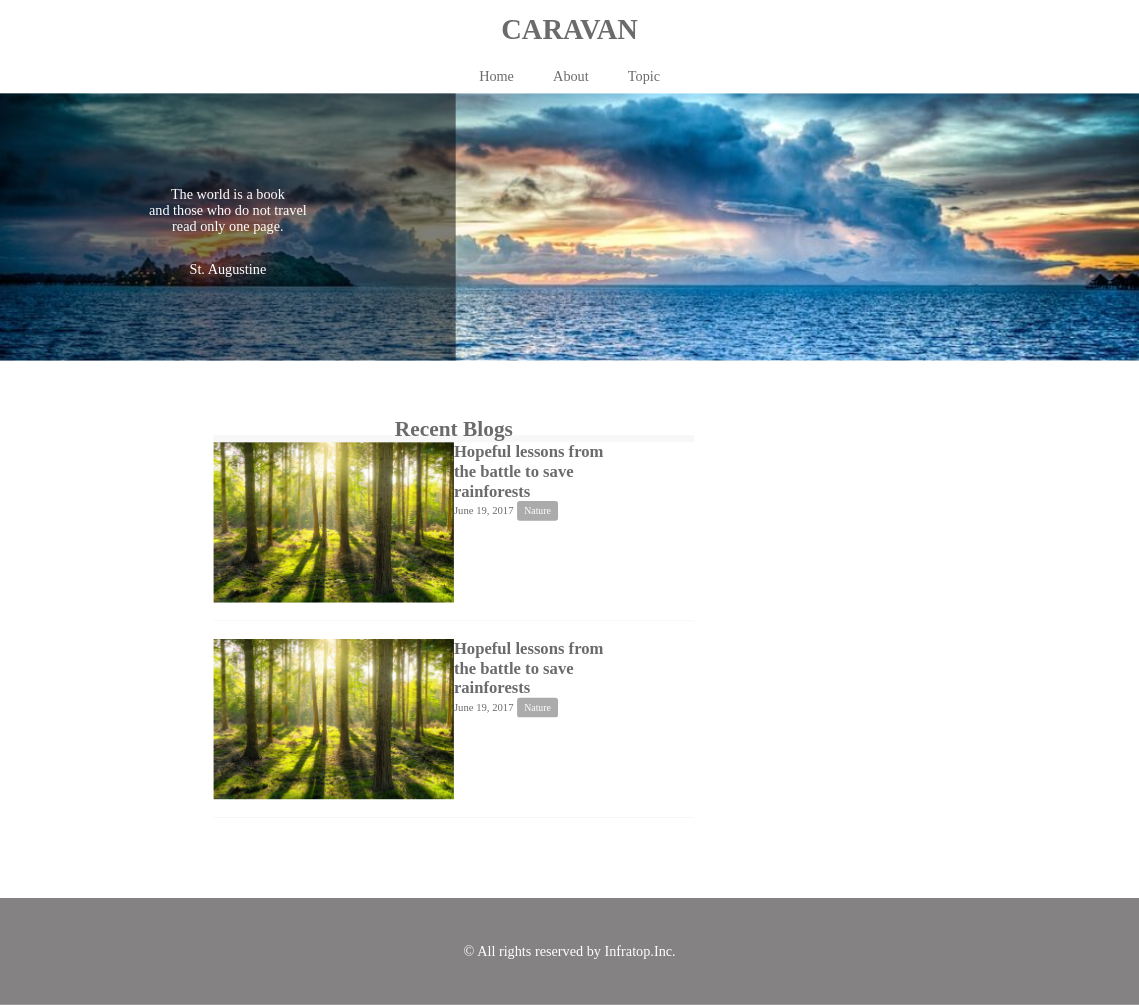
Repository: RAM-OK/git-practice
Page: caravan/index.html
The author's editor kept a record of every edit. The page is drawn from the files as they stood at one moment, then again after the next edit.
The browser window is 1280 px wide. The pictures show the whole page, at 89% of full size.

Above is the page before.

After the next edit:
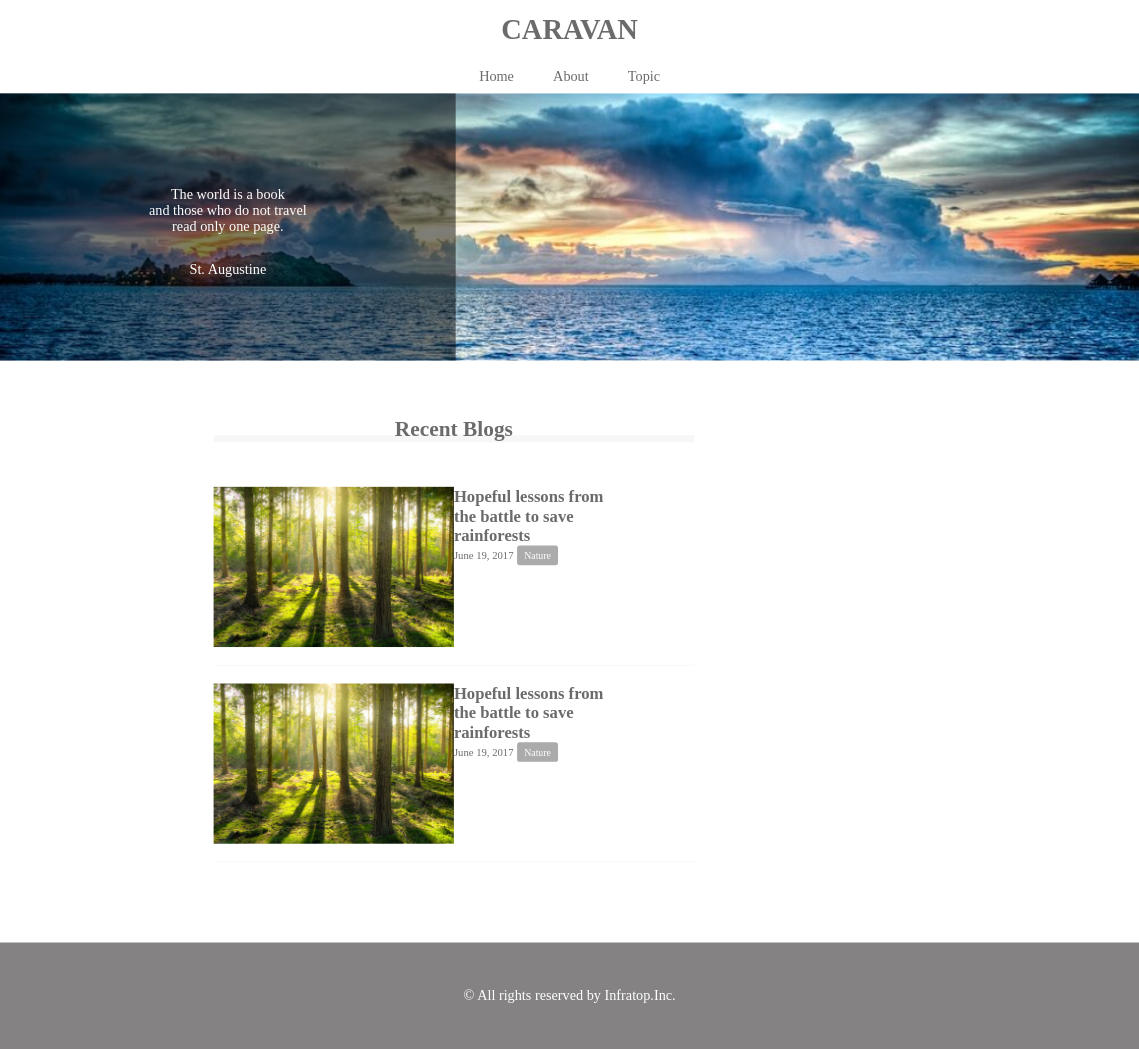
The edit:
--- a/caravan/style.css
+++ b/caravan/style.css
@@ -77,6 +77,10 @@
   line-height: 0.6;
 }
 
+.blog-box {
+  padding-top: 50px;
+}
+
 .blog-item {
   padding-bottom: 20px;
   margin-bottom: 20px;
